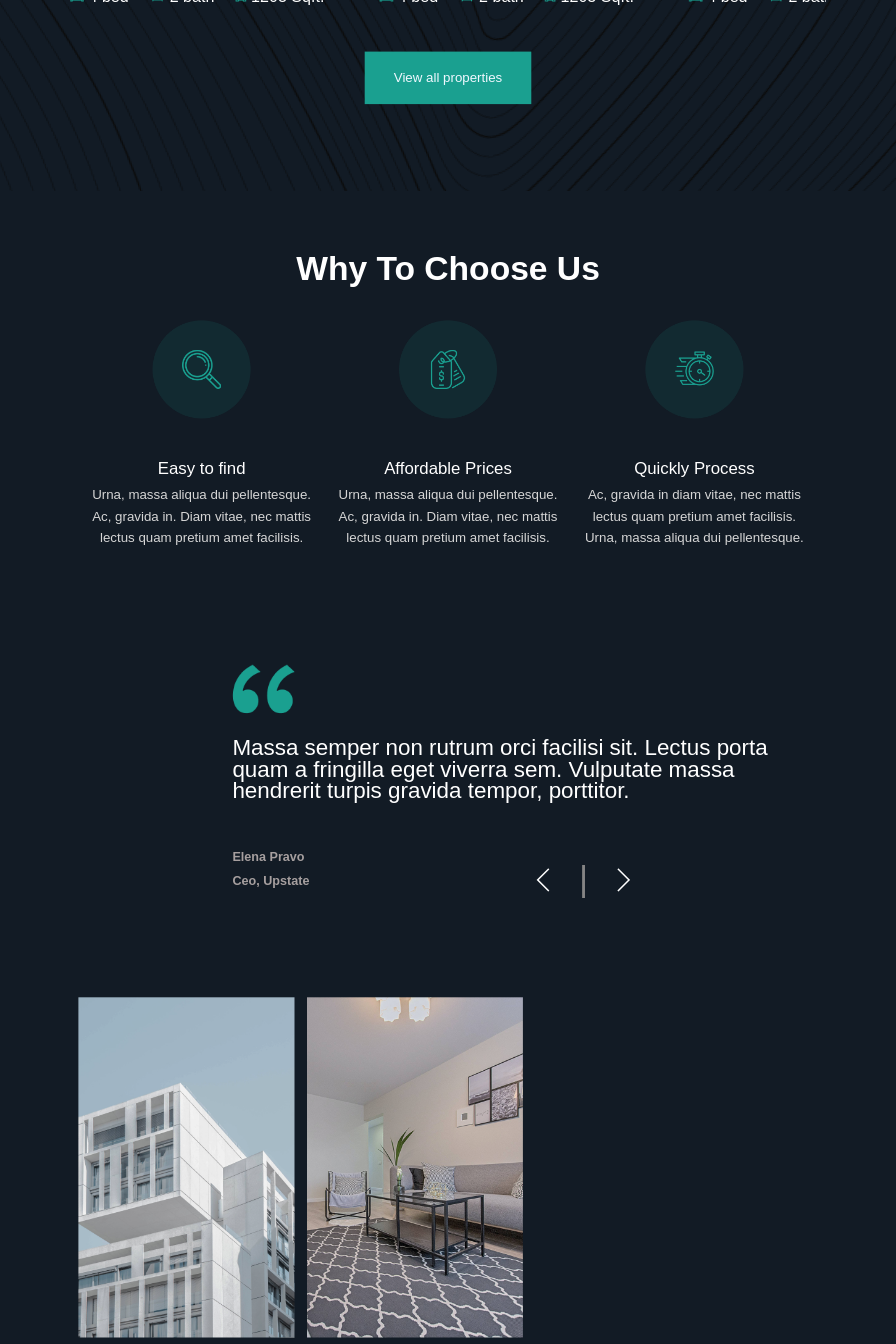
Repository: tung1233hhhhhhhhhhhhh/WebClone-Home
Page: index.html
These files come from the project's save history. The page is drawn as it stood at one moment and after the next save; the edit follows.
The browser window is 1280 px wide. The pictures show the part of the page from y = 1794 to 3714 px (the page is 3714 px tall), at 70% of full size.

Above is the page before, as saved 2023-05-24 12:49:45.

### index.html
<!DOCTYPE html>
<html lang="en">

<head>
    <meta charset="UTF-8">
    <meta http-equiv="X-UA-Compatible" content="IE=edge">
    <meta name="viewport" content="width=device-width, initial-scale=1.0">
    <title>Document</title>
    <link rel="stylesheet" href="./assets/css/main.css">
    <link rel="stylesheet" href="./assets/css/root.css">
    <link rel="stylesheet" href="./assets/fonts/themify-icons/themify-icons.css">
</head>

<body>
    <div id="hearder">
        <div class="nav">
            <div class="nav-brand">
                <img src="./assets/img/logo.png" alt="">
            </div>
            <ul class="nav-list">
                <li><a href="">Home</a></li>
                <li><a href="">About Us</a></li>
                <li><a href="">Buying</a></li>
                <li><a href="">Renting</a> </li>
                <li><a href="">Selling</a> </li>
                <li><a href="">Contant Us</a> </li>
                <li><a href="">Pages
                        <i class="ti-angle-down"></i>
                    </a> </li>
                <li><button class="nav-btn-login">Login</button></li>
                <li><button class="nav-btn-signup">Sign Up</button></li>
            </ul>
        </div>
    </div>

    <!--billboard  -->

    <div id="billboard">
        <div class="container">
            <div class="main">
                <div class="billboard-text">
                    <h1>Perfect Way To Buy And Sell A Home</h1>
                    <p>Diam vitae, nec mattis lectus quam pretium amet facilisis. Urna, massa aliqua dui pellentesque.
                        Ac, gravida in eget non amet eget purus non.</p>
                    <div class="navbar-billboard">
                        <div class="container-billboard">

                            <div class="billboard-select">
                                <select name="" id="" class="form-select">
                                    <option value="">Purpose</option>
                                    <option value="">Buy</option>
                                    <option value="">Action</option>
                                    <option value="">Something else here</option>
                                </select>
                            </div>
                            <div class="billboard-select">
                                <select name="" id="" class="form-select">
                                    <option value="">Location</option>
                                    <option value="">Action</option>
                                    <option value="">Another action</option>
                                    <option value="">Something else here</option>
                                </select>
                            </div>
                            <div class="billboard-select">
                                <select name="" id="" class="form-select">
                                    <option value="">Action</option>
                                    <option value="">Another action</option>
                                    <option value="">Something else here</option>
                                    <option value="">Type</option>
                                </select>
                            </div>
                            <div class="billboard-btn">
                                <button class="btn-select">Search</button>
                            </div>
                        </div>
                    </div>
                </div>

                <div class="billboard-img"></div>

            </div>
        </div>
    </div>

    <!-- feature -->

    <div id="feature">
        <div class="container">
            <div class="feature-row">
                <h2>Featured In</h2>
            </div>
            <div class="feature-row row-logo">
                <div class="feature-logo">
                    <img src="./assets/img/logo1.png" alt="">
                </div>
                <div class="feature-logo">
                    <img src="./assets/img/logo2.png" alt="">
                </div>
                <div class="feature-logo">
                    <img src="./assets/img/logo3.png" alt="">
                </div>
                <div class="feature-logo">
                    <img src="./assets/img/logo4.png" alt="">
                </div>
                <div class="feature-logo">
                    <img src="./assets/img/logo6.png" alt="">
                </div>
            </div>
        </div>
    </div>

    <!-- residence -->

    <div id="residence">
        <div class="container">
            <h2 class="text-residence">Popular Residence</h2>
            <div class="btn-next"></div>
            <div class="btn-prev"></div>
            <div class="residence-content">
                <div class="wrapper-residence">
                    <div class="box-slide">
                        <div class="card">
                            <img src="./assets/img/katie-musial-Zf5zT1torbg-unsplash.png" alt="">
                            <div class="card-text">
                                <h5>Aliva Priva Jalvin</h5>
                                <p>1087 Pin Oak Drive, Clinton, USA</p>
                                <div class="card-logo">
                                    <ul>
                                        <li class="logo-list">
                                            <img src="./assets/img/bed.png" alt="">
                                            4 bed
                                        </li>
                                        <li class="logo-list">
                                            <img src="./assets/img/bath.png" alt="">
                                            2 bath
                                        </li>
                                        <li class="logo-list">
                                            <img src="./assets/img/square.png" alt="">
                                            1203 Sqft.
                                        </li>
                                    </ul>
                                </div>
                            </div>

                        </div>
                    </div>

                    <div class="box-slide">
                        <div class="card">
                            <img src="./assets/img/lance-anderson-QdAAasrZhdk-unsplash.png" alt="">
                            <div class="card-text">
                                <h5>Aliva Priva Jalvin</h5>
                                <p>1087 Pin Oak Drive, Clinton, USA</p>
                                <div class="card-logo">
                                    <ul>
                                        <li class="logo-list">
                                            <img src="./assets/img/bed.png" alt="">
                                            4 bed
                                        </li>
                                        <li class="logo-list">
                                            <img src="./assets/img/bath.png" alt="">
                                            2 bath
                                        </li>
                                        <li class="logo-list">
                                            <img src="./assets/img/square.png" alt="">
                                            1203 Sqft.
                                        </li>
                                    </ul>
                                </div>
                            </div>
                        </div>
                    </div>

                    <div class="box-slide">
                        <div class="card">
                            <img src="./assets/img/pexels-scott-webb-532569.png" alt="">
                            <div class="card-text">
                                <h5>Aliva Priva Jalvin</h5>
                                <p>1087 Pin Oak Drive, Clinton, USA</p>
                                <div class="card-logo">
                                    <ul>
                                        <li class="logo-list">
                                            <img src="./assets/img/bed.png" alt="">
                                            4 bed
                                        </li>
                                        <li class="logo-list">
                                            <img src="./assets/img/bath.png" alt="">
                                            2 bath
                                        </li>
                                        <li class="logo-list">
                                            <img src="./assets/img/square.png" alt="">
                                            1203 Sqft.
                                        </li>
                                    </ul>
                                </div>
                            </div>
                        </div>
                    </div>

                    <div class="box-slide">
                        <div class="card">
                            <img src="./assets/img/katie-musial-Zf5zT1torbg-unsplash.png" alt="">
                            <div class="card-text">
                                <h5>Aliva Priva Jalvin</h5>
                                <p>1087 Pin Oak Drive, Clinton, USA</p>
                                <div class="card-logo">
                                    <ul>
                                        <li class="logo-list">
                                            <img src="./assets/img/bed.png" alt="">
                                            4 bed
                                        </li>
                                        <li class="logo-list">
                                            <img src="./assets/img/bath.png" alt="">
                                            2 bath
                                        </li>
                                        <li class="logo-list">
                                            <img src="./assets/img/square.png" alt="">
                                            1203 Sqft.
                                        </li>
                                    </ul>
                                </div>
                            </div>

                        </div>
                    </div>

                    <div class="box-slide">
                        <div class="card">
                            <img src="./assets/img/lance-anderson-QdAAasrZhdk-unsplash.png" alt="">
                            <div class="card-text">
                                <h5>Aliva Priva Jalvin</h5>
                                <p>1087 Pin Oak Drive, Clinton, USA</p>
                                <div class="card-logo">
                                    <ul>
                                        <li class="logo-list">
                                            <img src="./assets/img/bed.png" alt="">
                                            4 bed
                                        </li>
                                        <li class="logo-list">
                                            <img src="./assets/img/bath.png" alt="">
                                            2 bath
                                        </li>
                                        <li class="logo-list">
                                            <img src="./assets/img/square.png" alt="">
                                            1203 Sqft.
                                        </li>
                                    </ul>
                                </div>
                            </div>
                        </div>
                    </div>

                    <div class="box-slide">
                        <div class="card">
                            <img src="./assets/img/pexels-scott-webb-532569.png" alt="">
                            <div class="card-text">
                                <h5>Aliva Priva Jalvin</h5>
                                <p>1087 Pin Oak Drive, Clinton, USA</p>
                                <div class="card-logo">
                                    <ul>
                                        <li class="logo-list">
                                            <img src="./assets/img/bed.png" alt="">
                                            4 bed
                                        </li>
                                        <li class="logo-list">
                                            <img src="./assets/img/bath.png" alt="">
                                            2 bath
                                        </li>
                                        <li class="logo-list">
                                            <img src="./assets/img/square.png" alt="">
                                            1203 Sqft.
                                        </li>
                                    </ul>
                                </div>
                            </div>
                        </div>
                    </div>


                </div>
            </div>
            <div class="residence-btn">
                <button>View all properties</button>
            </div>
        </div>
    </div>

    <!-- about-us -->

    <div id="about-us">
        <div class="container">
            <div class="main">
                <h2>Why To Choose Us</h2>
                <div class="about-content">
                    <div class="about-box">
                        <img src="./assets/img/search.png" alt="">
                        <h4>Easy to find</h4>
                        <p>Urna, massa aliqua dui pellentesque. Ac, gravida in. Diam vitae, nec mattis lectus quam
                            pretium amet facilisis.</p>
                    </div>
                    <div class="about-box">
                        <img src="./assets/img/price.png" alt="">
                        <h4>Affordable Prices</h4>
                        <p>Urna, massa aliqua dui pellentesque. Ac, gravida in. Diam vitae, nec mattis lectus quam
                            pretium amet facilisis.</p>
                    </div>
                    <div class="about-box">
                        <img src="./assets/img/time.png" alt="">
                        <h4>Quickly Process</h4>
                        <p>Ac, gravida in diam vitae, nec mattis lectus quam pretium amet facilisis. Urna, massa aliqua
                            dui pellentesque.
                    </div>
                </div>
            </div>
        </div>
    </div>

    <!-- testimonial -->

    <div id="testimonial">
        <div class="container">
            <div class="testimonial-main">
                <div class="testimonial-wrapper">
                    <div class="slide-list">
                        <div class="slide-content">
                            <div class="slide-box">
                                <img src="./assets/img/quote.png" alt="">
                                <P>Massa semper non rutrum orci facilisi sit. Lectus porta quam a fringilla
                                    eget viverra sem. Vulputate massa hendrerit turpis gravida tempor, porttitor.</P>
                                <h1>Elena Pravo</h1>
                                <h2>Ceo, Upstate</h2>
                            </div>
                        </div>
                    </div>
                    <div class="slide-list">
                        <div class="slide-content">
                            <div class="slide-box">
                                <img src="./assets/img/quote.png" alt="">
                                <P>Massa semper non rutrum orci facilisi sit. Lectus porta quam a fringilla
                                    eget viverra sem. Vulputate massa hendrerit turpis gravida tempor, porttitor.</P>
                                <h1>Elena Pravo</h1>
                                <h2>Ceo, Upstate</h2>
                            </div>
                        </div>
                    </div>
                    <div class="slide-list">
                        <div class="slide-content">
                            <div class="slide-box">
                                <img src="./assets/img/quote.png" alt="">
                                <P>Massa semper non rutrum orci facilisi sit. Lectus porta quam a fringilla
                                    eget viverra sem. Vulputate massa hendrerit turpis gravida tempor, porttitor.</P>
                                <h1>Elena Pravo</h1>
                                <h2>Ceo, Upstate</h2>
                            </div>
                        </div>
                    </div>
                </div>
                <div class="testimonial-btn">
                    <div class="testimonial-prev">
                        <i class="ti-angle-left"></i>
                    </div>
                    <span>|</span>
                    <div class="testimonial-next">
                        <i class="ti-angle-right"></i>
                    </div>
                </div>
            </div>
        </div>
    </div>

    <div id="help">
        <div class="container">
            <div class="help-main">
                <div class="help-img">
                    <img src="./assets/img/Group 1.png" alt="">
                </div>
                <div class="help-text">

                </div>
            </div>
        </div>
    </div>



</body>

</html>

### assets/css/root.css
:root {
    --accent-color: #1AA090;
    --dark-color: #121B25;
    --grey-color: #83898F;
    --body-text-color: #FFFFFF;
    --light-text-color: #a69f9f;
    --link-color: #092035;
}

Loaded but not shown: assets/fonts/themify-icons/themify-icons.css (common file); assets/css/main.css (491 lines, source omitted)

After the next save:
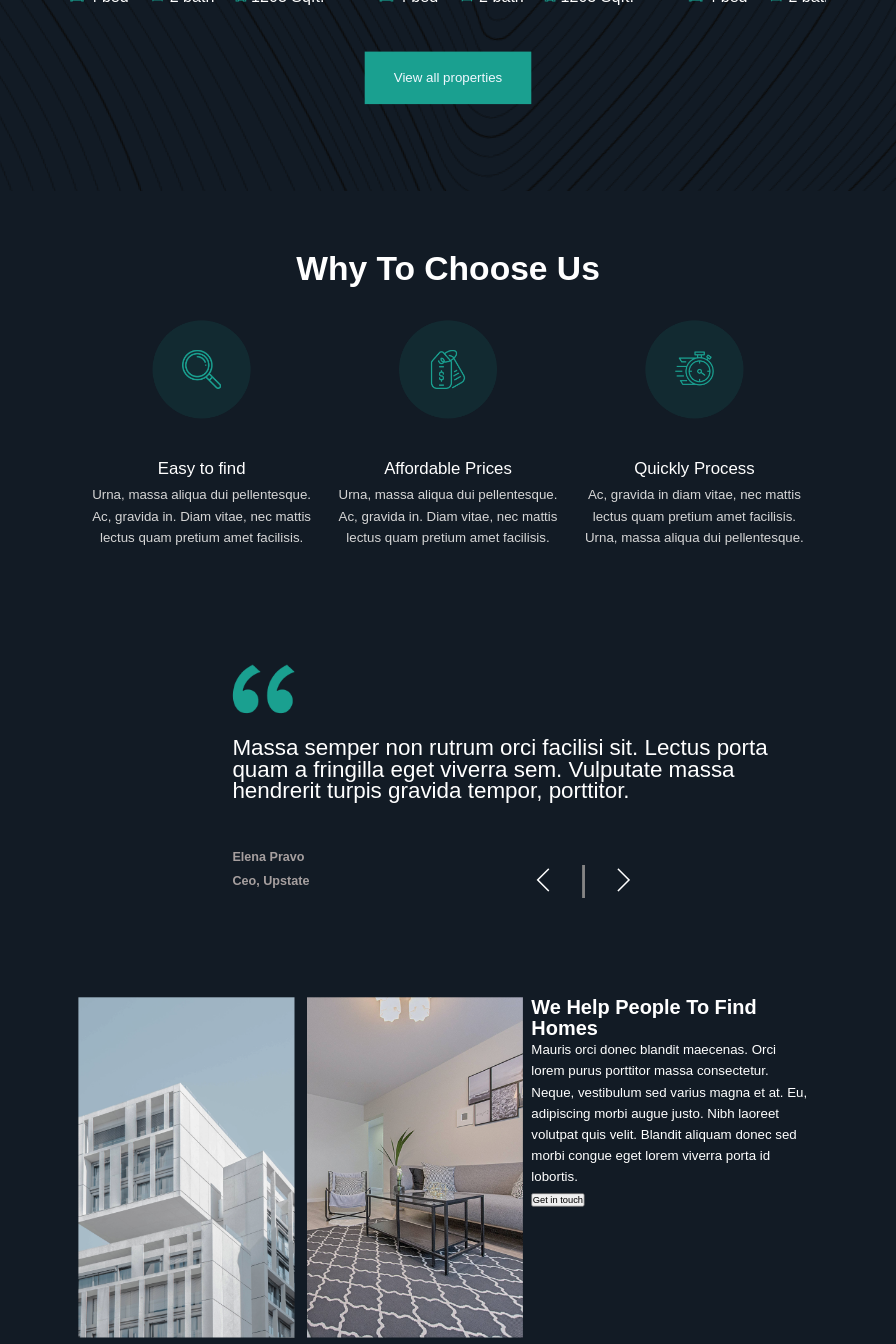
Saved 2 min 53 s later.
--- a/index.html
+++ b/index.html
@@ -375,7 +375,11 @@
                     <img src="./assets/img/Group 1.png" alt="">
                 </div>
                 <div class="help-text">
-
+                    <h2>We Help People To Find Homes</h2>
+                    <p>Mauris orci donec blandit maecenas. Orci lorem purus porttitor massa consectetur. Neque,
+                        vestibulum sed varius magna et at. Eu, adipiscing morbi augue justo. Nibh laoreet volutpat quis
+                        velit. Blandit aliquam donec sed morbi congue eget lorem viverra porta id lobortis.</p>
+                    <button>Get in touch</button>
                 </div>
             </div>
         </div>
